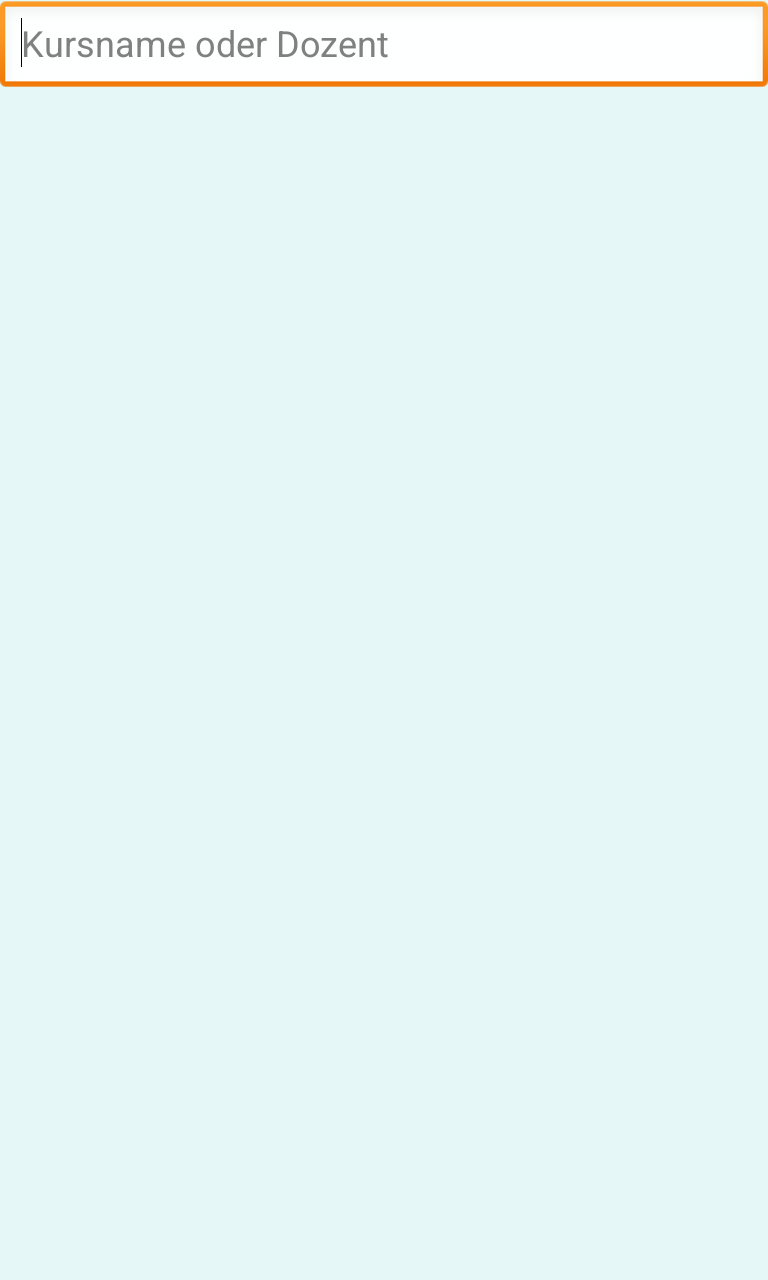
Repository: georgleber/IliConnect
Layout: IliConnect/res/layout/suche_layout.xml
These files come from the project's save history. The layout is drawn as it stood at one moment and after the next save; the edit follows.
It is drawn on a 768 x 1280 px phone screen (xhdpi) without system bars, with theme AppTheme; the app's code is not run. Lists and similar views that code fills are empty.

Above is the layout before, as saved 2012-12-13 21:26:13.

### IliConnect/res/layout/suche_layout.xml
<?xml version="1.0" encoding="utf-8"?>
<LinearLayout
  xmlns:android="http://schemas.android.com/apk/res/android"
  android:layout_width="fill_parent"
  android:layout_height="fill_parent"
  android:background="#E5F7F7"
  >

    <EditText
        android:id="@+id/editText1"
        android:layout_width="wrap_content"
        android:layout_height="wrap_content"
        android:layout_weight="1"
        android:ems="10"
        android:hint="@string/search_string" >

        <requestFocus />
    </EditText>

</LinearLayout>

### IliConnect/res/values/styles.xml
<resources xmlns:android="http://schemas.android.com/apk/res/android">

    <style name="AppTheme" parent="android:Theme.Light" />
    <style name="ListView">
        <item name="android:layout_width">fill_parent</item>
        <item name="android:layout_height">fill_parent</item>
        <item name="android:textColor">#000000</item>
        <item name="android:background">@color/mintFH</item>
        <item name="android:cacheColorHint">@color/mintFH</item>
        <item name="android:listSelector">@drawable/list_selector</item>
    </style>

</resources>

### IliConnect/res/values/strings.xml
<resources>

    <string name="app_name">IliConnect</string>
    <string name="hello_world">Hello world!</string>
    <string name="menu_settings">Settings</string>
    <string name="title_activity_main">IliConnect</string>
    <string name="passwort_label">"Passwort: "</string>
    <string name="Email_label">"ID: "</string>
    <string name="login_button">Login</string>
    <string name="passwort_hint">******</string>
    <string name="email_pre">userid</string>
    <string name="desc_logoright">FH-Aachen Logo</string>
	<string name="desc_head">Ilias Logo</string>
	<string name="logout">Logout</string>
	<string name="magazin">Magazin</string>
	<string name="uebersicht">Übersicht</string>
	<string name="account_logout">Logout</string>
	<string name="QR_Code">Scan QR Code</string>
	<string name="todo_liste">Todo Liste</string>
	<string name="Date">Montag 17.12.2012 Praktikum Fassbender</string>
	<string name="desc_seminar">Beschreibung:</string>
	<string name="desc_long">Dies ist ein Testseminar. Hier würde ihr Text stehen der das Seminar beschreibt.</string>
	<string name="search_string">Kursname oder Dozent</string>
	<string name="termine_string">Termine:</string>
	<string name="geaendertedateien_string">Geänderte Dateien:</string>
	<string name="qr_string">QR Scanner:</string>
	<string name="datum_praktikum">24.12.2012 Praktikum SWE</string>
	<string name="Testmessage">Testmeldung</string>
	<string name="stringurl">Url: </string>
	<string name="urlHint">www.ilias.de</string>
	<string name="logout_menu">Ausloggen</string>
	<string name="settings_menu">Einstellungen</string>
	<string name="sync_label">Synchronisation:</string>
	<string name="Sync_intervall">Intervall: </string>
	<string name="Wlan_snyc">"nur über Wlan: "</string>
	<string name="dates_sync">"Anzahl der Termine: "</string>
	<string name="Notifi_sync">"Benachrichtigungen: "</string>
	<string name="Warning_sync">"Warnung: "</string>
	<string name="Critical_sync">"Kritisch: "</string>
	<string name="sync_button">Synchronisieren</string>

	 <string-array name="array_intervall">
        <item>15 Min</item>
        <item>30 Min</item>
        <item>1 H</item>
        <item>2 H</item>
        <item>1 D</item>
    </string-array>
    <string-array name="array_termine">
        <item>1</item>
        <item>2</item>
        <item>3</item>
        <item>4</item>
        <item>5</item>
    </string-array>
    <string-array name="array_warnung">
        <item>3 D</item>
        <item>4 D</item>
        <item>5 D</item>
        <item>6 D</item>
    </string-array>
    <string-array name="array_Kritisch">
        <item>1 D</item>
        <item>2 D</item>
    </string-array>
        <string name="testdates">24.12.2012    16 Uhr</string>
        <string name="testpraktikum">Software Engineering Praktikum</string>
        <string name="testpraktikum2">25.12.2012    14 Uhr</string>
        <string name="testpraktikum3">Bildverarbeitung Praktikum</string>
        <string name="kurs_abmeldung">Abmelden</string>
        <string name="test_file">Aufgabe 1.pdf</string>
        <string name="kurs_suche">Kurs:</string>
        <string name="Dozent_suche">Dozent:</string>
        <string name="test_seminar">Physik</string>
        <string name="Join_kurs">Beitreten</string>
        <string name="dozent_fassbender">"Prof. Dr. rer. nat. Faßbender "</string>
        <string name="button_kurse">Kurse</string>
        <string name="searching_button">Suche</string>
        <string name="Kurs_default">Physik</string>

</resources>

### IliConnect/res/values/color.xml
<resources xmlns:android="http://schemas.android.com/apk/res/android">
    <color name="mintFH">#E5F7F7</color>
    <color name="darkmint">#00B1AC</color>
</resources>

### IliConnect/res/drawable/list_selector.xml
<?xml version="1.0" encoding="utf-8"?>
<selector xmlns:android="http://schemas.android.com/apk/res/android"
    android:background="#E5F7F7">
    <!-- touch down -->
    <item
        android:drawable="@drawable/list_selector_pressed"
        android:state_pressed="true"/>
    <!-- selected -->
    <item
        android:textColor="#000000"
        android:drawable="@drawable/list_selector_selected"
        android:state_selected="true"
        android:state_focused="false"
        android:state_pressed="false"/>
</selector>

### IliConnect/res/drawable/list_selector_pressed.xml
<?xml version="1.0" encoding="utf-8"?>
<layer-list xmlns:android="http://schemas.android.com/apk/res/android"
    android:background="#E5F7F7">
    <item>
        <shape android:shape="rectangle">
            <solid android:color="@color/darkmint"/>
            <size android:width="1dip"/>
            <size android:height="1dip"/>
        </shape>
    </item>
</layer-list>

### IliConnect/res/drawable/list_selector_selected.xml
<?xml version="1.0" encoding="utf-8"?>
<layer-list xmlns:android="http://schemas.android.com/apk/res/android"
    android:background="#E5F7F7">
    <item>
        <shape android:shape="rectangle">
            <solid android:color="@color/darkmint"/>
            <size android:width="1dip"/>
            <size android:height="1dip"/>
        </shape>
    </item>
</layer-list>

After the next save:
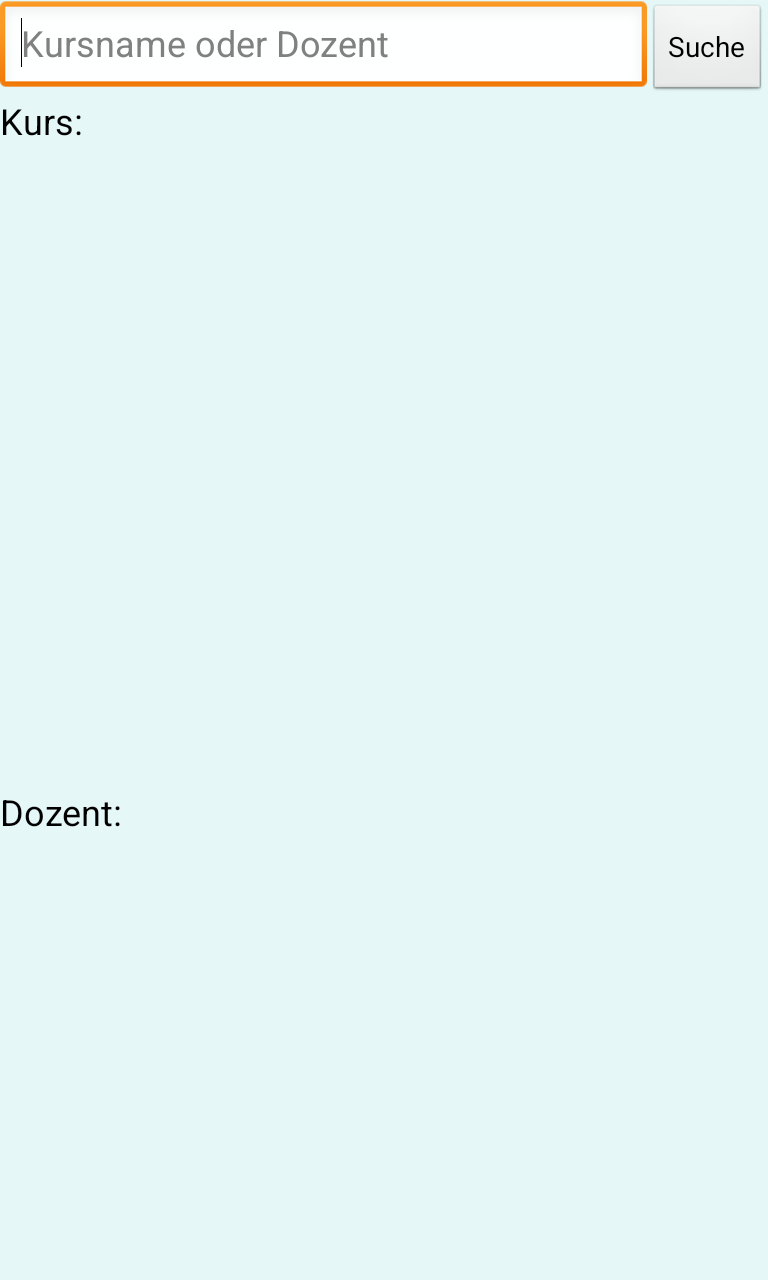
Saved 53 s later.
--- a/IliConnect/res/layout/suche_layout.xml
+++ b/IliConnect/res/layout/suche_layout.xml
@@ -1,20 +1,72 @@
 <?xml version="1.0" encoding="utf-8"?>
-<LinearLayout
-  xmlns:android="http://schemas.android.com/apk/res/android"
-  android:layout_width="fill_parent"
-  android:layout_height="fill_parent"
-  android:background="#E5F7F7"
-  >
+<LinearLayout xmlns:android="http://schemas.android.com/apk/res/android"
+    android:layout_width="match_parent"
+    android:layout_height="match_parent"
+    android:background="#E5F7F7"
+    android:orientation="vertical">
 
-    <EditText
-        android:id="@+id/editText1"
-        android:layout_width="wrap_content"
+    <LinearLayout
+        android:layout_width="match_parent"
+        android:layout_height="wrap_content" >
+
+        <EditText
+            android:id="@+id/editText1"
+            android:layout_width="0dp"
+            android:layout_height="wrap_content"
+            android:layout_weight="1.51"
+            android:ems="10"
+            android:hint="@string/search_string"
+            android:singleLine="true" >
+
+            <requestFocus />
+        </EditText>
+
+        <Button
+            android:id="@+id/search_button"
+            android:layout_width="wrap_content"
+            android:layout_height="wrap_content"
+            android:text="@string/searching_button" />
+    </LinearLayout>
+
+    <TextView
+        android:id="@+id/textView1"
+        android:layout_width="match_parent"
         android:layout_height="wrap_content"
-        android:layout_weight="1"
-        android:ems="10"
-        android:hint="@string/search_string" >
+        android:text="@string/kurs_suche"
+        android:textAppearance="?android:attr/textAppearanceMedium" />
 
-        <requestFocus />
-    </EditText>
+<LinearLayout android:layout_weight="1"
+                    android:layout_height="fill_parent"
+                    android:layout_width="fill_parent">
+
+                <ListView   android:id="@+id/kurs_list"
+                    		style="@style/ListView"
+                            android:layout_height="fill_parent"
+                            android:layout_width="fill_parent">
+
+                </ListView>
+    </LinearLayout>
+
+<TextView
+    android:id="@+id/textView2"
+    android:layout_width="wrap_content"
+    android:layout_height="wrap_content"
+    android:layout_marginTop="99dp"
+    android:text="@string/Dozent_suche"
+    android:textAppearance="?android:attr/textAppearanceMedium" />
+
+<LinearLayout android:layout_weight="1"
+                android:layout_height="fill_parent"
+                android:layout_width="fill_parent">
+
+            <ListView   android:id="@+id/dozent_list"
+                		style="@style/ListView"
+                        android:layout_height="fill_parent"
+                        android:layout_width="fill_parent">
+
+            </ListView>
+</LinearLayout>
+
+
 
 </LinearLayout>
